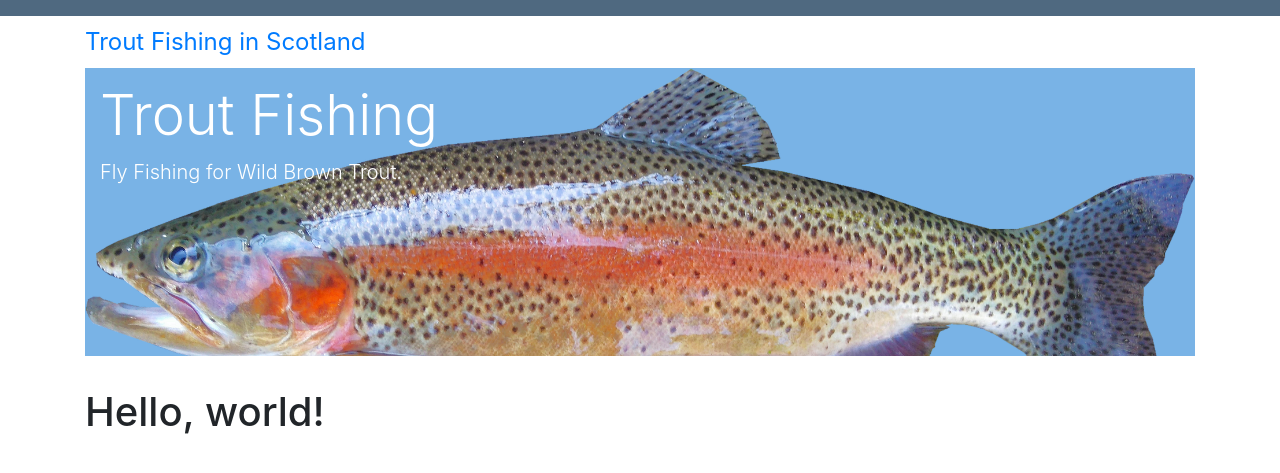
Repository: adrian9211/College_project
Page: about.html
The author's editor kept a copy of each file at every save. The page is drawn from the files as they stood at one save, then again after the next save.
The browser window is 1280 px wide. The pictures show the whole page.

Above is the page before, as saved 2020-11-04 07:50:48.

### about.html
<!doctype html>
<html lang="en">
  <head>
    <!-- Required meta tags -->
    <meta charset="utf-8">
    <meta name="viewport" content="width=device-width, initial-scale=1, shrink-to-fit=no">

    <!-- Bootstrap CSS -->
    <link rel="stylesheet" href="https://cdn.jsdelivr.net/npm/bootstrap@4.5.3/dist/css/bootstrap.min.css" integrity="sha384-TX8t27EcRE3e/ihU7zmQxVncDAy5uIKz4rEkgIXeMed4M0jlfIDPvg6uqKI2xXr2" crossorigin="anonymous">
    <link rel="stylesheet" href="css/style.css">

    <title>Trout fishing in Scotland</title>
  </head>
  <body>
       <!-- Navigation  bar start -->
       <nav class="navbar navbar-expand-sm navbar-dark sticky-top" role="navigation" id="navbar2" style="background-color: #4F6980;"></nav>
        <div class="container">
          <a href="index.html"><span class="navbar-text">Trout Fishing in Scotland</span></a>
          <button class="navbar-toggler" data-toggle="collapse" data-target="#collapse_target">
            <span class="navbar-toggler-icon"></span>
          </button>
          <div class="collapse navbar-collapse" id="collapse_target">
          <ul class="navbar-nav " >
            <li class="nav-item ">
              <a class="nav-link " href="index.html">Home </a>
            </li>
            <li class="nav-item active` ">
              <a class="nav-link " href="about.html">About</a>
            </li>
            <li class="nav-item ">
              <a class="nav-link " href="contact.html">Contact</a>
            </li>
          </ul>
        </div>
        </div>
      </nav>
      <!-- Navigation  bar end -->
      <!-- Jumbotron start -->
      <div class="container">
        <div class="jumbotron jumbotron-fluid">
            <div class="container alt">
              <h1 class="display-4">Trout Fishing</h1>
              <p class="lead">Fly Fishing for Wild Brown Trout.</p>
            </div>
        </div>
      <!-- Jumbotron end -->
        <h1>Hello, world!</h1>

    </div>

    <!-- Scripts for bootstrap -->
    <script src="https://code.jquery.com/jquery-3.5.1.slim.min.js" integrity="sha384-DfXdz2htPH0lsSSs5nCTpuj/zy4C+OGpamoFVy38MVBnE+IbbVYUew+OrCXaRkfj" crossorigin="anonymous"></script>
    <script src="https://cdn.jsdelivr.net/npm/bootstrap@4.5.3/dist/js/bootstrap.bundle.min.js" integrity="sha384-ho+j7jyWK8fNQe+A12Hb8AhRq26LrZ/JpcUGGOn+Y7RsweNrtN/tE3MoK7ZeZDyx" crossorigin="anonymous"></script>
  </body>
</html>

### css/style.css
.jumbotron {
    background-image: url("../img/trout.png");
    background-color: #79b3e6;
    background-size: cover;
    height: 40vh;
}

.alt h1, p {
    position: relative;
    top: -50px;
    color: #fff;
}

.navbar-text {
    font-size: 1.5rem;
    padding-right: 100px;
}

After the next save:
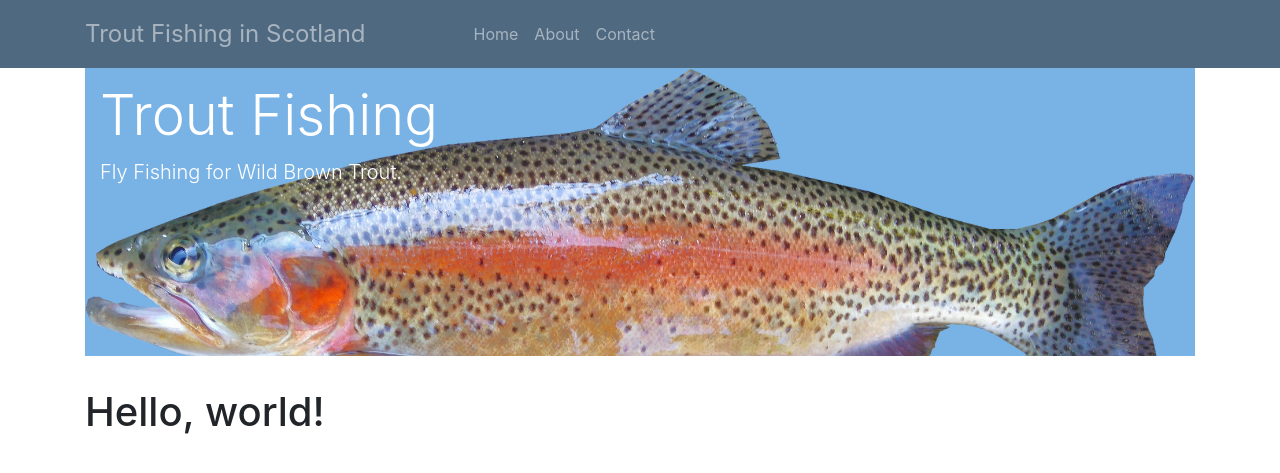
Saved 14 s later.
--- a/about.html
+++ b/about.html
@@ -13,7 +13,7 @@
   </head>
   <body>
        <!-- Navigation  bar start -->
-       <nav class="navbar navbar-expand-sm navbar-dark sticky-top" role="navigation" id="navbar2" style="background-color: #4F6980;"></nav>
+       <nav class="navbar navbar-expand-sm navbar-dark sticky-top" role="navigation" id="navbar2" style="background-color: #4F6980;">
         <div class="container">
           <a href="index.html"><span class="navbar-text">Trout Fishing in Scotland</span></a>
           <button class="navbar-toggler" data-toggle="collapse" data-target="#collapse_target">
